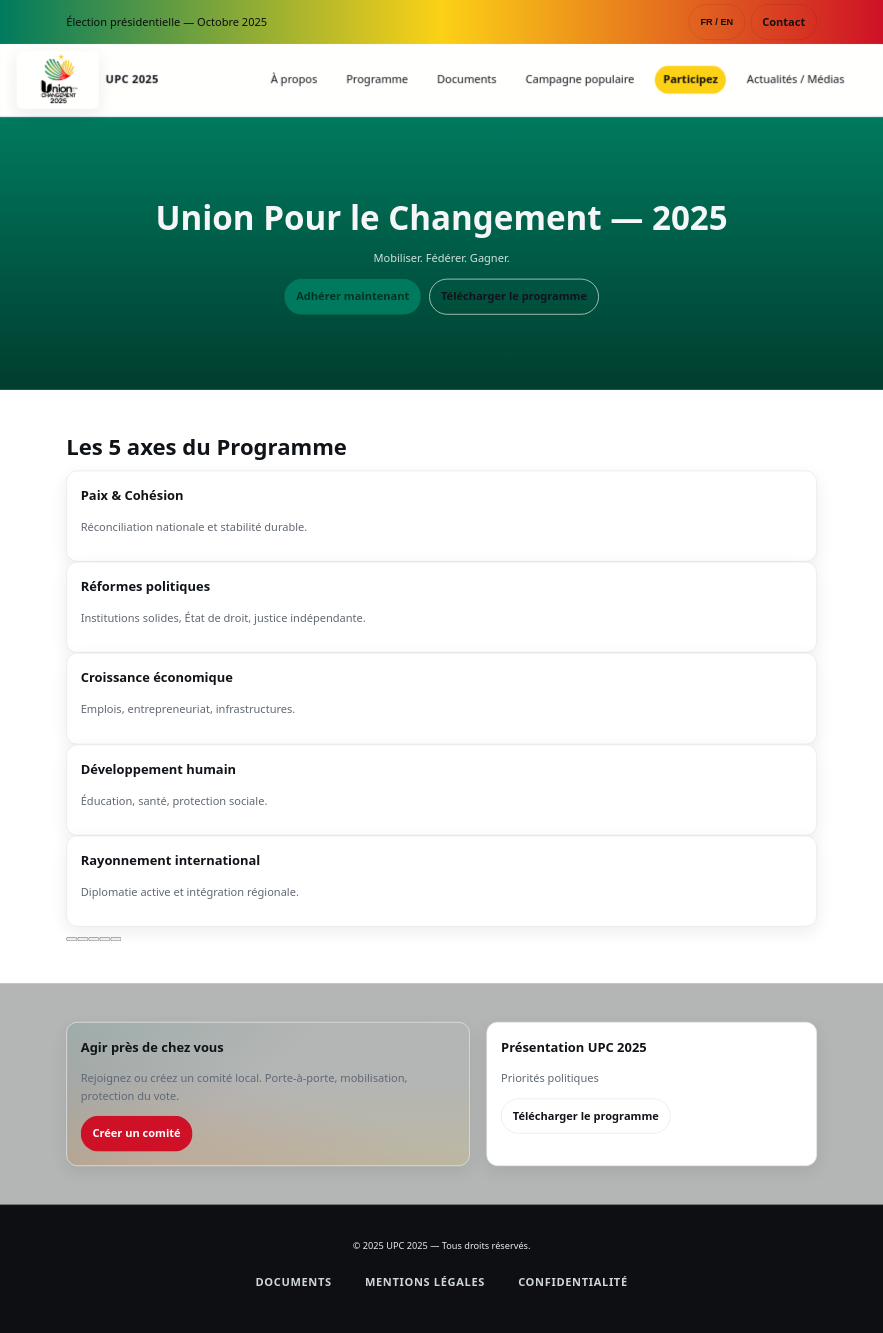
Repository: Kishny/upc2025
Page: index.html
An editor plug-in stored every save of this project. The page is shown before and after the next save, followed by the edit.
The browser window is 1280 px wide. The pictures show the whole page, at 69% of full size.

Above is the page before, as saved 2025-09-11 01:46:25.

### index.html
<!DOCTYPE html>
<html lang="fr">
  <head>
    <meta charset="utf-8" />
    <meta name="viewport" content="width=device-width,initial-scale=1" />
    <title>UPC 2025 — Union Pour le Changement</title>
    <meta
      name="description"
      content="Coalition citoyenne pour l'alternance pacifique au Cameroun en 2025. Mobilisation, documents officiels, adhésion."
    />
    <link rel="preload" href="assets/css/styles.css" as="style" />
    <link rel="stylesheet" href="assets/css/styles.css" />
    <link rel="icon" href="assets/img/logo.png" />
    <meta property="og:title" content="UPC 2025 — Union Pour le Changement" />
    <meta
      property="og:description"
      content="Mobilisons-nous pour 2025 : adhérer, créer un comité, télécharger le programme."
    />
    <meta property="og:image" content="assets/img/hero-1.jpg" />
    <meta name="theme-color" content="#007A5E" />
  </head>
  <body>
    <!-- Topbar -->
    <div class="topbar">
      <div class="container">
        <span class="topbar__msg" data-i18n="topbar_msg"
          >Élection présidentielle — Octobre 2025</span
        >
        <div class="topbar__actions">
          <button
            id="langToggle"
            class="btn btn--ghost"
            aria-label="Toggle language"
          >
            FR / EN
          </button>
          <a class="btn btn--ghost" href="contact.html" data-i18n="contact"
            >Contact</a
          >
        </div>
      </div>
    </div>

    <!-- Header / Nav -->
    <header class="header">
      <div class="container header__inner">
        <a href="index.html" class="brand">
          <img src="assets/img/logo.png" alt="UPC 2025" class="brand__logo" />
          <span class="brand__title">UPC 2025</span>
        </a>

        <nav id="nav" class="nav" aria-label="Navigation principale">
          <a href="a-propos.html" data-i18n="nav_about">À propos</a>
          <a href="programme.html" data-i18n="nav_program">Programme</a>
          <a href="documents-officiels.html" data-i18n="nav_docs"
            >Documents officiels</a
          >
          <a href="campagne-populaire.html" data-i18n="nav_campaign"
            >Campagne populaire</a
          >
          <a href="participez.html" class="nav__cta" data-i18n="nav_join"
            >Participez</a
          >
          <a href="actualites-medias.html" data-i18n="nav_news_media"
            >Actualités / Médias</a
          >
        </nav>

        <button id="burger" class="burger" aria-label="Menu">
          <span></span><span></span><span></span>
        </button>
      </div>
    </header>

    <!-- Hero -->
    <section class="hero">
      <div class="hero__content container">
        <h1 class="hero__title" data-i18n="hero_title">
          Union Pour le Changement — 2025
        </h1>
        <p class="hero__subtitle" data-i18n="hero_subtitle">
          Mobiliser. Fédérer. Gagner.
        </p>
        <div class="hero__cta">
          <a
            href="participez.html#form-adhesion"
            class="btn btn--primary"
            data-i18n="cta_join"
          >
            Adhérer maintenant
          </a>
          <a
            href="documents-officiels.html"
            class="btn btn--outline"
            data-i18n="cta_program"
            >Télécharger le programme</a
          >
        </div>
      </div>
    </section>

    <!-- Slider des axes du Programme -->
    <section class="section">
      <div class="container">
        <h2 data-i18n="program_axes">Les 5 axes du Programme</h2>
        <div class="axis-slider" id="axisSlider">
          <div class="axis-slide card">
            <h3 data-i18n="axis_1_title">Paix & Cohésion</h3>
            <p data-i18n="axis_1_text">
              Réconciliation nationale et stabilité durable.
            </p>
          </div>
          <div class="axis-slide card">
            <h3 data-i18n="axis_2_title">Réformes politiques</h3>
            <p data-i18n="axis_2_text">
              Institutions solides, État de droit, justice indépendante.
            </p>
          </div>
          <div class="axis-slide card">
            <h3 data-i18n="axis_3_title">Croissance économique</h3>
            <p data-i18n="axis_3_text">
              Emplois, entrepreneuriat, infrastructures.
            </p>
          </div>
          <div class="axis-slide card">
            <h3 data-i18n="axis_4_title">Développement humain</h3>
            <p data-i18n="axis_4_text">Éducation, santé, protection sociale.</p>
          </div>
          <div class="axis-slide card">
            <h3 data-i18n="axis_5_title">Rayonnement international</h3>
            <p data-i18n="axis_5_text">
              Diplomatie active et intégration régionale.
            </p>
          </div>
        </div>
        <div class="axis-dots" id="axisDots"></div>
      </div>
    </section>

    <!-- Bande CTA -->
    <section class="section section--alt">
      <div class="container grid-2">
        <div class="card gradient-cm">
          <h3 data-i18n="call_action">Agir près de chez vous</h3>
          <p data-i18n="call_action_text">
            Rejoignez ou créez un comité local.
          </p>
          <a
            href="participez.html#comite"
            class="btn btn--secondary"
            data-i18n="cta_create_committee"
            >Créer un comité</a
          >
        </div>
        <div class="card">
          <h3 data-i18n="doc_program">Programme Commun</h3>
          <p data-i18n="pillar_1">Priorités politiques</p>
          <a
            href="documents-officiels.html"
            class="btn btn--outline"
            data-i18n="cta_program"
            >Télécharger</a
          >
        </div>
      </div>
    </section>

    <!-- Footer -->
    <footer class="footer footer--solid">
      <div class="container footer__inner">
        <small
          >© <span id="year"></span> UPC 2025 —
          <span data-i18n="rights">Tous droits réservés.</span></small
        >
        <nav class="footer__nav">
          <a href="documents-officiels.html" data-i18n="footer_docs"
            >Documents</a
          >
          <a href="#" data-i18n="footer_legal">Mentions légales</a>
          <a href="#" data-i18n="footer_privacy">Confidentialité</a>
        </nav>
      </div>
    </footer>

    <script src="assets/js/app.js" defer></script>
  </body>
</html>

### assets/css/styles.css
/* =========
   PALETTE & TOKENS (LIGHT)
   ========= */
:root {
  /* Cameroun */
  --cm-green: #007a5e;
  --cm-red: #ce1126;
  --cm-yellow: #fcd116;

  /* Thème clair */
  --bg: #f7f7f4; /* blanc cassé */
  --surface: #ffffff; /* carte / section claire */
  --surface-2: #b4b5b5; /* alternance de section */
  --text: #101418; /* texte principal */
  --muted: #606872; /* texte secondaire */
  --border: #e3e6ea; /* traits & inputs */
  --radius: 16px;
  --shadow: 0 8px 24px rgba(16, 20, 24, 0.08);
}

/* =========
   RESET & LAYOUT
   ========= */
* {
  box-sizing: border-box;
}
html,
body {
  height: 100%;
}
body {
  margin: 0;
  font-family: system-ui, -apple-system, Segoe UI, Roboto, Inter, Arial,
    sans-serif;
  color: var(--text);
  background: var(--bg);
  line-height: 1.6;
  padding: 0;
}
h1,
h2,
h3,
p {
  margin-top: 0;
}
img {
  max-width: 100%;
  display: block;
}
a {
  color: inherit;
  text-decoration: none;
}

.container {
  max-width: 1120px;
  margin-inline: auto;
  padding: 0 16px;
}
.grid-2 {
  display: grid;
  gap: 24px;
  grid-template-columns: 1.1fr 0.9fr;
}
@media (max-width: 900px) {
  .grid-2 {
    grid-template-columns: 1fr;
  }
}

/* =========
   TOPBAR & BOUTONS
   ========= */
.topbar {
  background: linear-gradient(
    90deg,
    var(--cm-green),
    var(--cm-yellow),
    var(--cm-red)
  );
  color: #0b0e0c;
}
.topbar .container {
  display: flex;
  align-items: center;
  justify-content: space-between;
  padding: 6px 16px;
}
.topbar__actions {
  display: flex;
  gap: 8px;
}

.btn {
  display: inline-flex;
  align-items: center;
  justify-content: center;
  gap: 0.5rem;
  padding: 0.75rem 1rem;
  border-radius: 999px;
  border: 1px solid transparent;
  cursor: pointer;
  font-weight: 700;
  transition: 0.2s;
}
.btn--primary {
  background: var(--cm-green);
  color: #032;
  border-color: transparent;
}
.btn--primary:hover {
  filter: brightness(1.05);
}
.btn--secondary {
  background: var(--cm-red);
  color: #fff;
}
.btn--secondary:hover {
  filter: brightness(1.05);
}
.btn--outline {
  background: transparent;
  color: var(--text);
  border-color: var(--border);
}
.btn--outline:hover {
  border-color: var(--cm-yellow);
  color: var(--cm-yellow);
}
.btn--ghost {
  background: transparent;
  color: #111;
  border: 1px solid rgba(0, 0, 0, 0.12);
}

/* =========
   HEADER (logo + à gauche, nav + à droite, plein écran)
   ========= */
.header {
  position: sticky;
  top: 0;
  z-index: 100;
  background: rgba(255, 255, 255, 0.92);
  backdrop-filter: saturate(140%) blur(10px);
  border-bottom: 1px solid var(--border);
}

/* ⚠️ On neutralise le max-width de .container dans le header uniquement */
.header > .container {
  max-width: none; /* plein écran */
  width: 100%;
  padding-inline: clamp(8px, 2vw, 24px); /* bordure fine gauche/droite */
}

.header__inner {
  display: grid;
  grid-template-columns: auto 1fr auto; /* brand | espace | burger (ou rien) */
  align-items: center;
  column-gap: 20px;
  padding: 10px 0;
}

/* Brand : collé à gauche, ne rétrécit pas */
.brand {
  display: flex;
  align-items: center;
  gap: 10px;
  justify-self: start; /* colle à gauche */
  flex-shrink: 0;
}
.brand__logo {
  height: clamp(60px, 8vw, 84px);
  width: auto;
  border-radius: 8px;
  box-shadow: var(--shadow);
}
.brand__title {
  font-weight: 800;
  letter-spacing: 0.5px;
  white-space: nowrap;
}

/* Nav : poussée complètement à droite */
.nav {
  display: flex;
  align-items: center;
  gap: 18px;
  justify-self: end; /* colle à droite */
  margin-left: auto; /* pousse depuis la brand */
  flex-wrap: nowrap;
  min-width: 0;
}
.nav a {
  padding: 8px 12px;
  border-radius: 999px;
  white-space: nowrap;
  word-break: keep-all;
}
.nav a:hover,
.nav a.active {
  background: var(--surface-2);
}

.nav__cta {
  background: var(--cm-yellow);
  color: #111;
  font-weight: 800;
}
.nav__cta:hover {
  filter: brightness(1.05);
}

/* Burger */
.burger {
  display: none;
  background: transparent;
  border: 0;
  padding: 8px;
  justify-self: end; /* aligne le burger à droite quand visible */
}
.burger span {
  display: block;
  width: 26px;
  height: 2px;
  background: #111;
  margin: 6px 0;
  transition: 0.2s;
}

/* Confort : si ça serre un peu avant le breakpoint, autorise un léger scroll */
@media (min-width: 901px) {
  .nav {
    overflow-x: auto;
  }
  .nav::-webkit-scrollbar {
    display: none;
  }
}

/* Mobile */
@media (max-width: 900px) {
  .nav {
    position: fixed;
    inset: 64px 0 auto 0;
    transform: translateY(-120%);
    background: rgba(255, 255, 255, 0.98);
    border-bottom: 1px solid var(--border);
    padding: 20px;
    flex-direction: column;
    gap: 12px;
  }
  .nav.open {
    transform: translateY(0);
  }
  .burger {
    display: block;
  }
}

/* =========
   HERO (dégradé vert conservé)
   ========= */
.hero {
  position: relative;
  min-height: clamp(220px, 50vh, 560px); /* hauteur raisonnable */
  display: flex;
  flex-direction: column;
  justify-content: center; /* centre verticalement */
  align-items: center; /* centre horizontalement */
  text-align: center; /* optionnel : texte centré */
  gap: 16px;
  padding: 24px 16px; /* juste un peu de respiration autour */
  margin-top: 0;
  background: linear-gradient(180deg, #007a5e, #003d2f);
  color: #f4f6f8;
}

@media (min-width: 1200px) {
  .hero {
    min-height: clamp(360px, 55vh, 600px);
  }
}

.hero h1,
.hero h2,
.hero p {
  margin-top: 0; /* empêche les marges par défaut */
}
.hero__overlay {
  position: absolute;
  inset: 0;
  background: linear-gradient(180deg, transparent 20%, rgba(0, 0, 0, 0.45) 70%);
}
.hero__content {
  position: relative;
}
.hero__title {
  font-size: clamp(28px, 5vw, 48px);
  margin: 0 0 8px;
  font-weight: 900;
}
.hero__subtitle {
  margin: 0 0 16px;
  color: rgba(255, 255, 255, 0.82);
}
.hero__cta {
  display: flex;
  justify-content: center;
  align-items: center;
  gap: 12px;
  flex-wrap: wrap;
  margin-top: 16px;
}

/* =========
   SECTIONS (sur fond clair)
   ========= */
.section {
  padding: 56px 0;
  background: var(--surface);
}
.section--alt {
  background: var(--surface-2);
}
.section h2 {
  margin: 0 0 10px;
  font-size: clamp(22px, 3.5vw, 32px);
  color: var(--text);
}
.section p {
  color: var(--muted);
}

/* Cartes */
.card {
  background: #fff;
  border: 1px solid var(--border);
  border-radius: var(--radius);
  padding: 20px;
  box-shadow: var(--shadow);
}
.gradient-cm {
  background: linear-gradient(140deg, rgba(0, 122, 94, 0.12), transparent 45%),
    linear-gradient(20deg, rgba(206, 17, 38, 0.1), transparent 55%),
    linear-gradient(0deg, rgba(252, 209, 22, 0.12), transparent 60%);
}

/* Listes */
.checklist {
  list-style: none;
  padding: 0;
  margin: 12px 0 0;
}
.checklist li {
  padding-left: 28px;
  position: relative;
  margin: 6px 0;
  color: var(--text);
}
.checklist li::before {
  content: "✓";
  position: absolute;
  left: 0;
  top: 0;
  color: var(--cm-green);
  font-weight: 900;
}

/* Grilles */
.cards {
  display: grid;
  gap: 16px;
  grid-template-columns: repeat(3, 1fr);
}
@media (max-width: 900px) {
  .cards {
    grid-template-columns: 1fr;
  }
}
.card.doc:hover {
  border-color: var(--cm-yellow);
}
.card.news h3 {
  margin: 0 0 6px;
}

/* Candidat */
.candidate__photo img {
  border-radius: var(--radius);
  border: 1px solid var(--border);
  box-shadow: var(--shadow);
}

/* =========
   GALERIE
   ========= */
.gallery {
  display: grid;
  grid-template-columns: repeat(auto-fit, minmax(280px, 1fr));
  gap: 12px;
  justify-items: center;
}
.gallery img {
  width: 100%;
  max-width: 340px;
  border-radius: 12px;
  border: 1px solid var(--border);
  box-shadow: 0 6px 18px rgba(16, 20, 24, 0.1);
  object-fit: cover;
  transition: transform 0.3s ease, box-shadow 0.3s ease;
  cursor: default;
}
.gallery img:hover {
  transform: scale(1.05) translateY(-5px);
  box-shadow: 0 12px 28px rgba(16, 20, 24, 0.18);
}

/* =========
   FORMULAIRES (clair)
   ========= */
form label {
  display: grid;
  gap: 6px;
  margin: 10px 0;
}
input,
select,
textarea {
  background: #fff;
  border: 1px solid var(--border);
  color: var(--text);
  border-radius: 12px;
  padding: 12px;
  outline: none;
}
input:focus,
select:focus,
textarea:focus {
  border-color: var(--cm-green);
  box-shadow: 0 0 0 3px rgba(0, 122, 94, 0.12);
}
.form__small {
  color: var(--muted);
  font-size: 0.92rem;
  margin-top: 8px;
}
.form__alert {
  margin-top: 10px;
  padding: 10px;
  border-radius: 10px;
  border: 1px solid var(--border);
  background: #fff;
  color: var(--text);
}

/* =========
   FOOTER (noir conservé)
   ========= */
.footer--solid {
  background: #0d0f12;
  border-top: 1px solid #14171c;
  color: #e8edf1;
}
.footer__wrap,
.footer__inner {
  padding: 48px 16px;
  display: flex;
  flex-direction: column;
  align-items: center;
  gap: 18px;
  text-align: center;
}
.footer__logo {
  width: 76px;
  height: auto;
  opacity: 0.95;
  filter: drop-shadow(0 8px 22px rgba(0, 0, 0, 0.35));
}
.footer__title {
  display: flex;
  align-items: center;
  gap: 16px;
  letter-spacing: 0.08em;
  font-weight: 800;
  color: #f2f5f8;
  margin: 6px 0 4px;
}
.footer__line {
  display: inline-block;
  width: 160px;
  height: 1px;
  background: linear-gradient(
    90deg,
    transparent,
    rgba(255, 255, 255, 0.18),
    transparent
  );
}
@media (max-width: 600px) {
  .footer__line {
    width: 90px;
  }
}
.footer__socials {
  display: flex;
  gap: 14px;
  list-style: none;
  padding: 0;
  margin: 6px 0 8px;
}
.sbtn {
  --ring: rgba(255, 255, 255, 0.08);
  display: grid;
  place-items: center;
  width: 40px;
  height: 40px;
  border-radius: 999px;
  background: rgba(255, 255, 255, 0.06);
  color: #e9eef2;
  border: 1px solid rgba(255, 255, 255, 0.1);
  box-shadow: 0 6px 18px rgba(0, 0, 0, 0.35), inset 0 0 0 1px var(--ring);
  transition: transform 0.2s ease, box-shadow 0.2s ease, background 0.2s ease;
}
.sbtn:hover {
  transform: translateY(-3px);
  box-shadow: 0 12px 28px rgba(0, 0, 0, 0.5), 0 0 0 3px rgba(0, 122, 94, 0.25),
    0 0 24px rgba(252, 209, 22, 0.25), 0 0 12px rgba(206, 17, 38, 0.2);
}
.footer__nav {
  display: flex;
  gap: 28px;
  flex-wrap: wrap;
  justify-content: center;
  margin: 6px 0;
}
.footer__nav a {
  color: #cfd6dc;
  font-weight: 800;
  text-transform: uppercase;
  letter-spacing: 0.06em;
  padding: 6px 10px;
  border-radius: 8px;
  transition: color 0.2s ease, background 0.2s ease;
}
.footer__nav a:hover {
  color: #fff;
  background: rgba(255, 255, 255, 0.06);
}
.footer__copy {
  color: #aeb3b8;
  margin-top: 6px;
  display: block;
}

Loaded but not shown: assets/js/app.js (350 lines, source omitted)

After the next save:
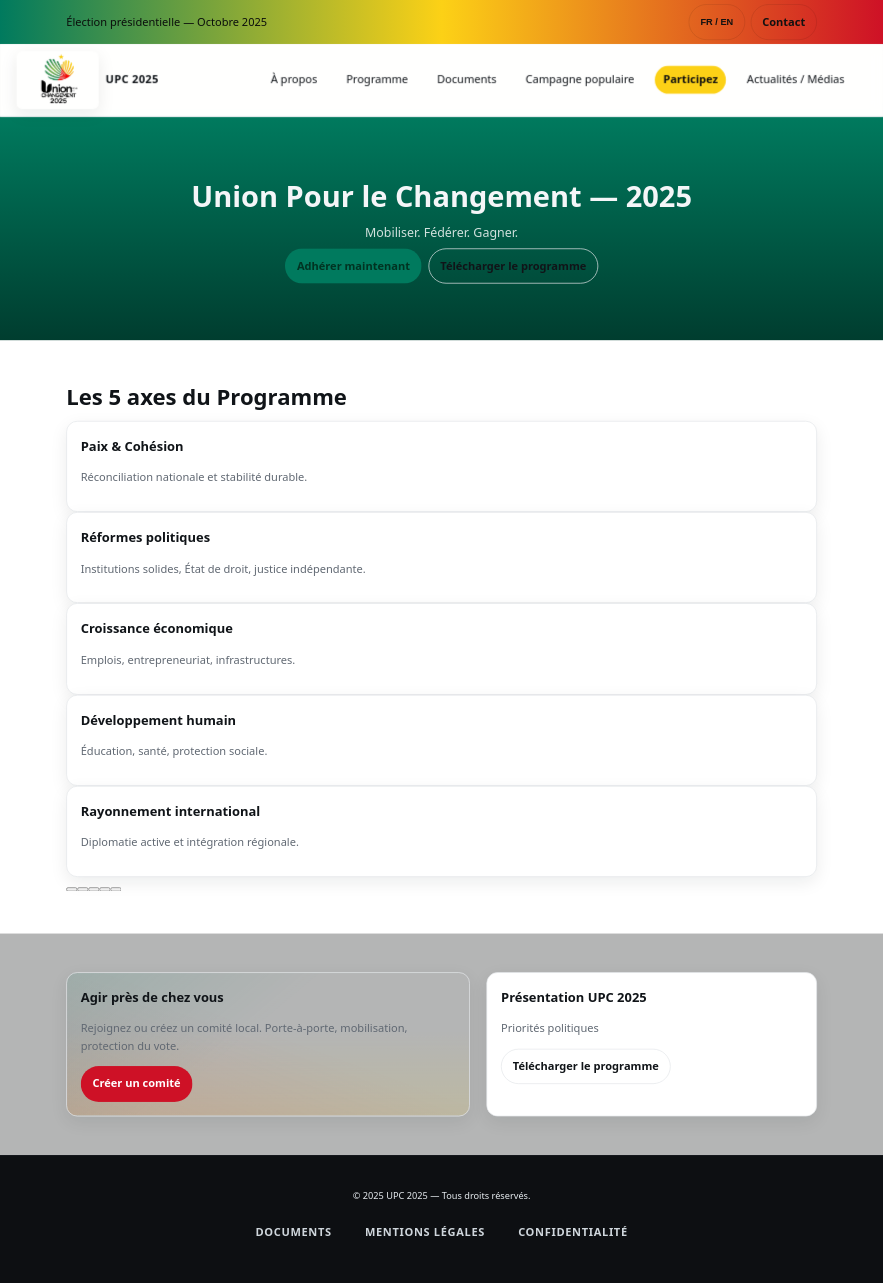
Saved 2 min 1 s later.
--- a/assets/css/styles.css
+++ b/assets/css/styles.css
@@ -258,18 +258,18 @@ a {
 }
 
 /* =========
-   HERO (dégradé vert conservé)
+   HERO (compact, centré, lisible)
    ========= */
 .hero {
   position: relative;
-  min-height: clamp(220px, 50vh, 560px); /* hauteur raisonnable */
+  min-height: clamp(200px, 40vh, 480px); /* réduit la hauteur */
   display: flex;
   flex-direction: column;
   justify-content: center; /* centre verticalement */
   align-items: center; /* centre horizontalement */
-  text-align: center; /* optionnel : texte centré */
-  gap: 16px;
-  padding: 24px 16px; /* juste un peu de respiration autour */
+  text-align: center;
+  gap: 12px; /* espace plus serré entre les blocs */
+  padding: 16px 12px; /* marges internes plus petites */
   margin-top: 0;
   background: linear-gradient(180deg, #007a5e, #003d2f);
   color: #f4f6f8;
@@ -277,39 +277,34 @@ a {
 
 @media (min-width: 1200px) {
   .hero {
-    min-height: clamp(360px, 55vh, 600px);
+    min-height: clamp(280px, 45vh, 520px); /* compact aussi sur desktop */
   }
 }
 
 .hero h1,
 .hero h2,
 .hero p {
-  margin-top: 0; /* empêche les marges par défaut */
-}
-.hero__overlay {
-  position: absolute;
-  inset: 0;
-  background: linear-gradient(180deg, transparent 20%, rgba(0, 0, 0, 0.45) 70%);
-}
-.hero__content {
-  position: relative;
-}
+  margin-top: 0;
+  margin-bottom: 6px; /* espace minimal sous chaque texte */
+}
+
 .hero__title {
-  font-size: clamp(28px, 5vw, 48px);
-  margin: 0 0 8px;
+  font-size: clamp(24px, 4vw, 42px); /* taille de titre réduite */
   font-weight: 900;
 }
+
 .hero__subtitle {
-  margin: 0 0 16px;
+  font-size: clamp(14px, 2vw, 18px);
   color: rgba(255, 255, 255, 0.82);
 }
+
 .hero__cta {
   display: flex;
   justify-content: center;
   align-items: center;
-  gap: 12px;
+  gap: 10px;
   flex-wrap: wrap;
-  margin-top: 16px;
+  margin-top: 8px; /* moins d’espace avant les boutons */
 }
 
 /* =========
